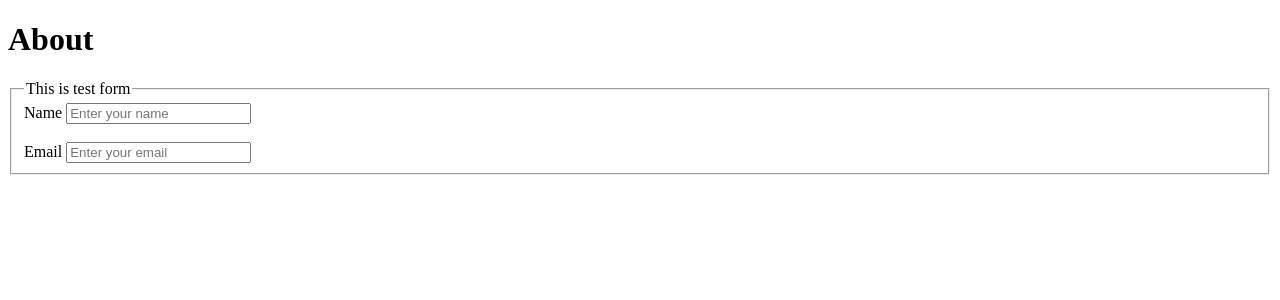
Repository: fisikusari/test-repo
Page: about.html
The author's editor kept a copy of each file at every save. The page is drawn from the files as they stood at one save, then again after the next save.
The browser window is 1280 px wide. The pictures show the whole page.

Above is the page before, as saved 2021-11-11 18:57:08.

### about.html
<!DOCTYPE html>
<html lang="en">

<head>
  <meta charset="UTF-8">
  <meta http-equiv="X-UA-Compatible" content="IE=edge">
  <meta name="viewport" content="width=device-width, initial-scale=1.0">
  <title>About</title>
</head>

<body>
  <h1>About</h1>
  <!--Form Starts here-->
  <form action="">
    <!--Fieldset Starts here-->
    <fieldset>
      <legend>This is test form</legend>
      <label for="name">Name</label>
      <input type="text" id="name" name="emri" placeholder="Enter your name"><br><br>
      <label for="email">Email</label>
      <input type="email" name="email" id="email" placeholder="Enter your email">
    </fieldset>
    <!--Fieldset Ends here-->
  </form>
  <!--Form Ends here-->
</body>

</html>

After the next save:
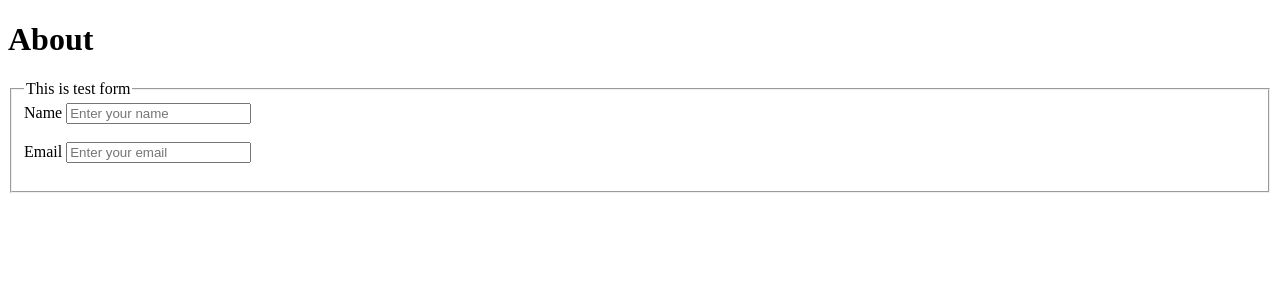
Saved 36 s later.
--- a/about.html
+++ b/about.html
@@ -18,7 +18,7 @@
       <label for="name">Name</label>
       <input type="text" id="name" name="emri" placeholder="Enter your name"><br><br>
       <label for="email">Email</label>
-      <input type="email" name="email" id="email" placeholder="Enter your email">
+      <input type="email" name="email" id="email" placeholder="Enter your email"><br></br>
     </fieldset>
     <!--Fieldset Ends here-->
   </form>
